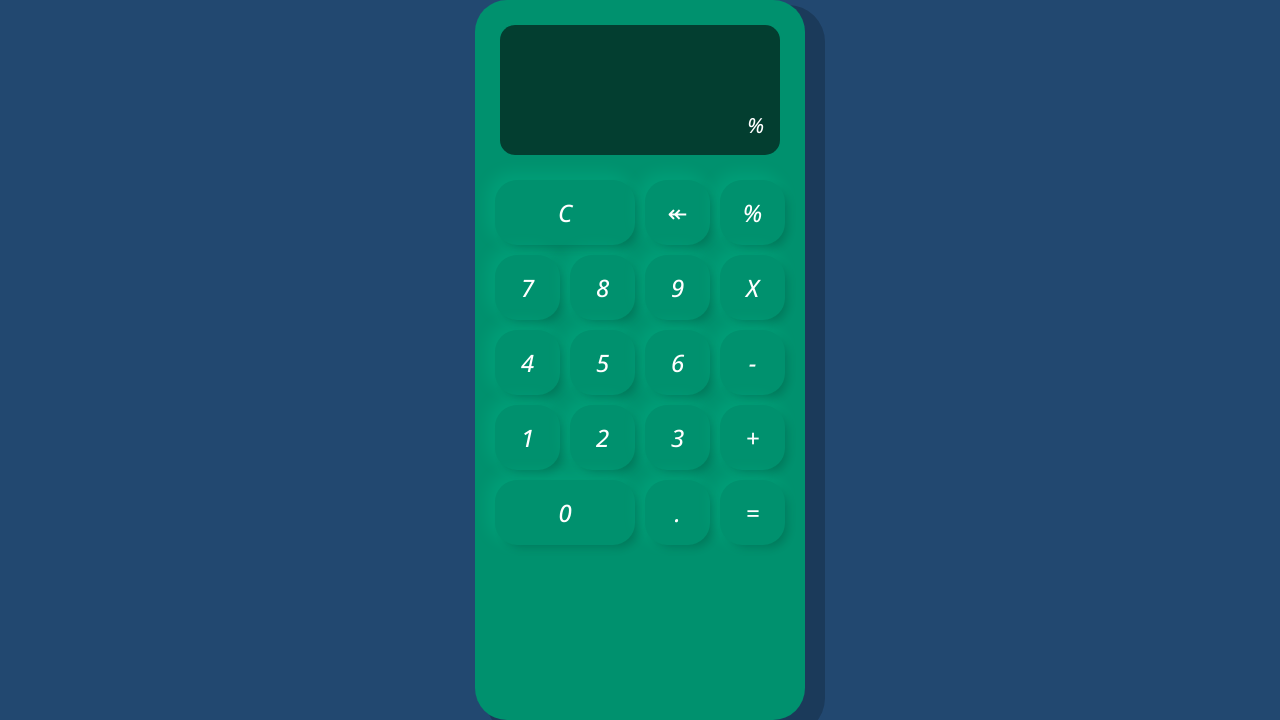
Repository: jhonenmanuel1/javaScript-calculator
Page: src/index.html
An editor plug-in stored every save of this project. The page is shown before and after the next save, followed by the edit.
The browser window is 1280 px wide. The pictures show the whole page.
After loading, the first visible `button.number` was clicked once.

Above is the page before, as saved 2022-08-10 21:26:17.

After the next save:
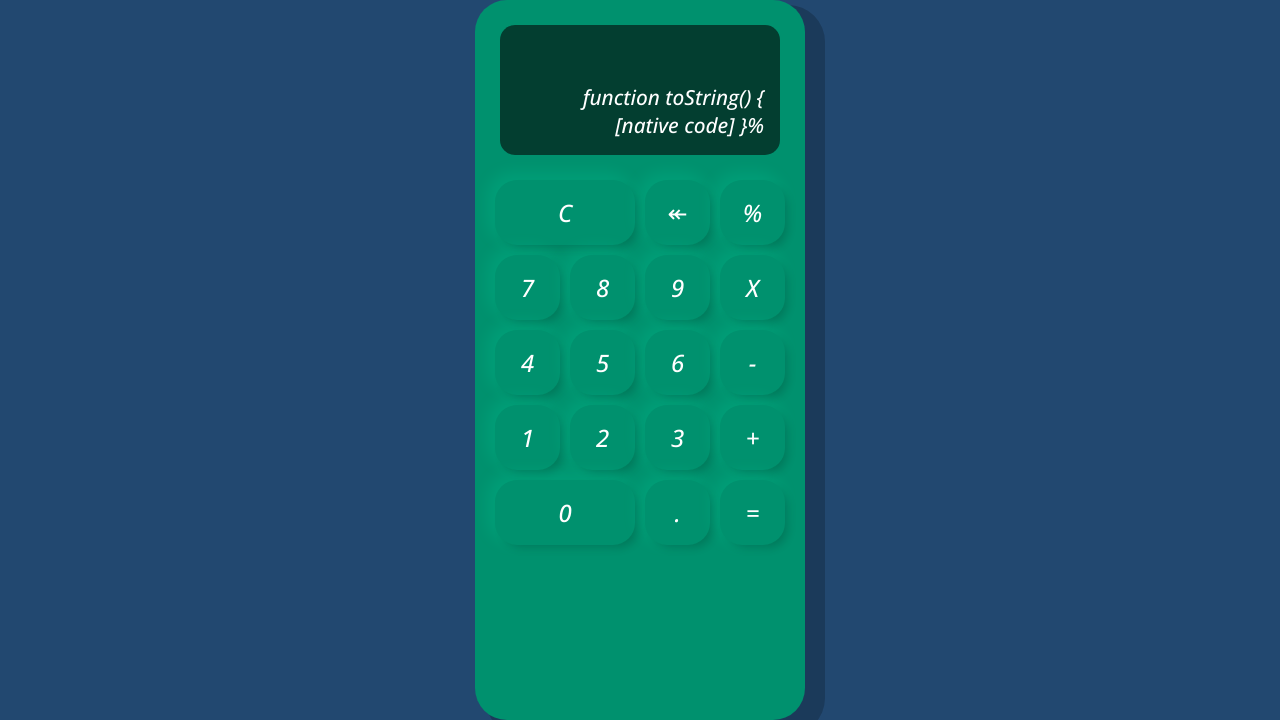
Saved 31 s later.
--- a/src/Display.js
+++ b/src/Display.js
@@ -10,7 +10,7 @@ class Display {
     }
     addNumber(num){
         if(num ==='.' && this.actualValue.includes('.') ) return
-        this.actualValue = this.actualValue +num;
+        this.actualValue = this.actualValue.toString +num;
         this.printValues();
 
     }
